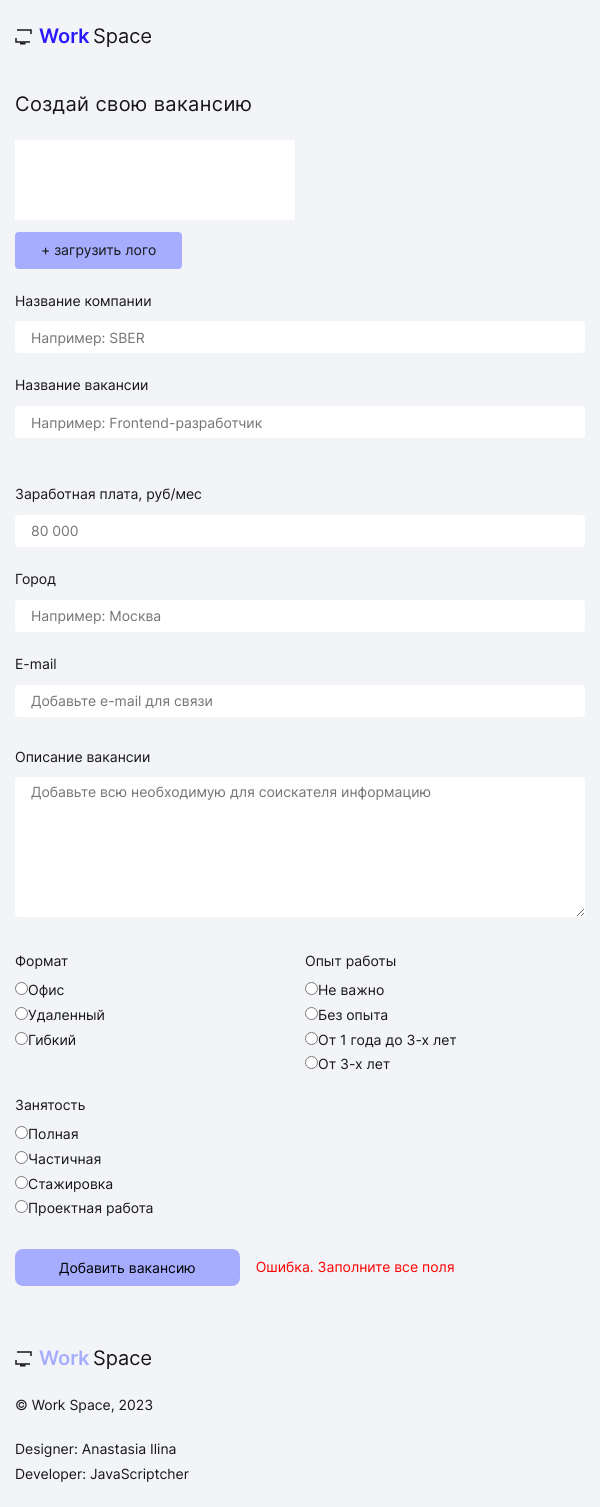
Repository: alexboagreek/workspace_js
Page: employer.html
The author's editor kept a copy of each file at every save. The page is drawn from the files as they stood at one save, then again after the next save.
The browser window is 600 px wide. The pictures show the whole page.

Above is the page before, as saved 2023-09-13 16:50:35.
Console error: TypeError: Cannot read properties of null (reading 'addEventListener')

### employer.html
<!DOCTYPE html>
<html lang="ru">
  <head>
    <meta charset="UTF-8" />
    <meta name="viewport" content="width=device-width, initial-scale=1.0" />
    <title>Workspace - добавить вакансию</title>

    <link rel="stylesheet" href="index.css" />

    <script src="js/choices.min.js" defer></script>
    <script src="js/script.js" defer></script>
  </head>

  <body>
    <header class="header">
      <div class="container header__container">
        <a href="index.html">
          <img
            class="header__logo"
            src="img/logo.svg"
            alt="Логитип WorkSpace"
          />
        </a>

        <a class="header__link" href="index.html#vacancies"
          >Посмотреть вакансии</a
        >
      </div>
    </header>

    <main>
      <section class="employer">
        <div class="container">
          <h1 class="employer__title">Создай свою вакансию</h1>

          <form class="employer__form">
            <div class="employer__file file">
              <div class="file__wrap-preview">
                <img src="#" alt="" class="file__preview" />
              </div>

              <div class="file__wrap-btn">
                <label for="logo" class="file__label"> + загрузить лого </label>
                <input
                  name="logo"
                  type="file"
                  class="file__input"
                  id="logo"
                  accept="image/png, image/jpeg"
                  required
                />
              </div>
            </div>

            <fieldset class="employer__fieldset-input">
              <div class="employer__wrap-input">
                <label class="employer__label" for="company"
                  >Название компании
                </label>

                <input
                  type="text"
                  class="employer__input"
                  id="company"
                  name="company"
                  placeholder="Например: SBER"
                />
              </div>

              <fieldset class="employer__fieldset">
                <div class="employer__wrap-input">
                  <label class="employer__label" for="title"
                    >Название вакансии</label
                  >

                  <input
                    type="text"
                    class="employer__input"
                    id="title"
                    name="title"
                    placeholder="Например: Frontend-разработчик"
                  />
                </div>
              </fieldset>

              <fieldset class="employer__fildset">
                <div class="employer__wrap-input">
                  <label class="employer__label" for="salary"
                    >Заработная плата, руб/мес</label
                  >

                  <input
                    type="number"
                    class="employer__input"
                    id="salary"
                    name="salary"
                    placeholder="80 000"
                  />
                </div>
              </fieldset>

              <fieldset class="employer__fildset">
                <div class="employer__wrap-input">
                  <label class="employer__label" for="location">Город</label>

                  <input
                    type="text"
                    class="employer__input"
                    id="location"
                    name="location"
                    placeholder="Например: Москва"
                  />
                </div>
              </fieldset>

              <fieldset class="employer__fildset">
                <div class="employer__wrap-input">
                  <label class="employer__label" for="email">E-mail</label>

                  <input
                    type="email"
                    class="employer__input"
                    id="email"
                    name="email"
                    placeholder="Добавьте e-mail для связи"
                  />
                </div>
              </fieldset>
            </fieldset>



            <fieldset class="employer__fieldset-textarea">
              <label class="employer__label" for="description"
                >Описание вакансии</label
              >

              <textarea
                class="employer__textarea"
                name="description"
                id="description"
                placeholder="Добавьте всю необходимую для соискателя информацию"
              ></textarea>
            </fieldset>

            <div class="employer__radio-buttons">
              <fieldset class="employer__fieldset-radio">
                <legend class="employer__legend">Формат</legend>

                <label class="employer__label-radio radio">
                  <input
                    type="radio"
                    class="radio__input"
                    name="format"
                    value="Офис"
                  />Офис
                </label>

                <label class="employer__label-radio radio">
                  <input
                    type="radio"
                    class="radio__input"
                    name="format"
                    value="Удаленный"
                  />Удаленный
                </label>

                <label class="employer__label-radio radio">
                  <input
                    type="radio"
                    class="radio__input"
                    name="format"
                    value="Гибкий"
                  />Гибкий
                </label>
              </fieldset>

              <fieldset class="employer__fieldset-radio">
                <legend class="employer__legend">Опыт работы</legend>

                <label class="employer__label-radio radio">
                  <input
                    type="radio"
                    class="radio__input"
                    name="experience"
                    value="Не важно"
                  />Не важно
                </label>

                <label class="employer__label-radio radio">
                  <input
                    type="radio"
                    class="radio__input"
                    name="experience"
                    value="Без опыта"
                  />Без опыта
                </label>

                <label class="employer__label-radio radio">
                  <input
                    type="radio"
                    class="radio__input"
                    name="experience"
                    value="От 1 года до 3-х лет"
                  />От 1 года до 3-х лет
                </label>

                <label class="employer__label-radio radio">
                  <input
                    type="radio"
                    class="radio__input"
                    name="experience"
                    value="От 3-х лет"
                  />От 3-х лет
                </label>
              </fieldset>

              <fieldset class="employer__fieldset-radio">
                <legend class="employer__legend">Занятость</legend>

                <label class="employer__label-radio radio">
                  <input
                    type="radio"
                    class="radio__input"
                    name="type"
                    value="Полная"
                  />Полная
                </label>

                <label class="employer__label-radio radio">
                  <input
                    type="radio"
                    class="radio__input"
                    name="type"
                    value="Частичная"
                  />Частичная
                </label>

                <label class="employer__label-radio radio">
                  <input
                    type="radio"
                    class="radio__input"
                    name="type"
                    value="Стажировка"
                  />Стажировка
                </label>

                <label class="employer__label-radio radio">
                  <input
                    type="radio"
                    class="radio__input"
                    name="type"
                    value="Проектная работа"
                  />Проектная работа
                </label>
              </fieldset>
            </div>

            <div class="employer__wrap-submit">
              <button class="employer__submit" type="submit">
                Добавить вакансию
              </button>
              <div class="employer__error">Ошибка. Заполните все поля</div>
            </div>
          </form>
        </div>
      </section>
    </main>

    <footer class="footer">
      <div class="container footer__container">
        <img
          class="footer__logo"
          src="img/logo-footer.svg"
          alt="Логотип WorkSpace"
        />

        <p class="footer__copyright">© Work Space, 2023</p>

        <ul class="footer__contacts">
          <li class="footer__contact">
            Designer:
            <a class="footer__link" href="#">Anastasia Ilina</a>
          </li>
          <li class="footer__contact">
            Developer:
            <a class="footer__link" href="#">JavaScriptcher</a>
          </li>
        </ul>
      </div>
    </footer>
  </body>
</html>

### index.css
@import "style/normalize.css";
@import "style/choices.min.css";
@import "style/style.css";
@import "style/header.css";
@import "style/hero.css";
@import "style/vacancies.css";
@import "style/filter.css";
@import "style/choices.css";
@import "style/checkbox.css";
@import "style/cards.css";
@import "style/vacancy.css";
@import "style/footer.css";
@import "style/modal.css";
@import "style/detail.css";
@import "style/employer.css";
@import "style/file.css";
@import "style/radio.css";

### style/style.css
@font-face {
  font-family: Inter;
  font-weight: 400;
  src: url("../fonts/inter-regular.woff2") format("woff2"),
    url("../fonts/inter-regular.woff") format("woff");
}

html {
  scroll-behavior: smooth;
  position: relative;
  box-sizing: border-box;
}

*,
*:before,
*:after {
  box-sizing: inherit;
}

body {
  min-width: 320px;
  min-height: 100vh;
  font-family: Inter, sans-serif;
  font-size: 14px;
  color: #171717;
  background-color: #f3f4f8;
  line-height: 1.2;
}

img,
svg {
  max-width: 100%;
  max-height: 100%;
  height: auto;
}

button {
  padding: 0;
  border: 0;
  cursor: pointer;
  background-color: transparent;
}

a {
  text-decoration: none;
  color: inherit;
}

ul {
  padding: 0;
  margin: 0;
  list-style: none;
}

h1,
h2,
h3,
p {
  margin: 0;
}

fieldset {
  padding: 0;
  margin: 0;
  border: 0;
}

.visually-hidden {
  position: fixed;
  transform: scale(0);
}

.container {
  --width: 1180px;
  --padding: 30px;
  max-width: calc(var(--width) + var(--padding) * 2);
  margin: 0 auto;
  padding: 0 var(--padding);
}

.blue-text {
  color: #2a18ff;
}

@media (max-width: 1140px) {
  .container {
    --width: 880px;
  }
}

@media (max-width: 940px) {
  .container {
    --width: 680px;
  }
}

@media (max-width: 640px) {
  .container {
    --padding: 15px;
  }
}

### style/header.css
.header {
  padding: 40px 0;
}

.header__container {
  display: flex;
  align-items: center;
  justify-content: space-between;
}

.header__links {
  display: flex;
  gap: 8px;
  flex-wrap: wrap;
}

.header__link {
  padding: 12px 32px;
  border-radius: 8px;
  background-color: #a6adff;
  font-size: 20px;
  border: 2px solid transparent;
  transition-property: color, background-color;
  transition-duration: 0.2s;
  transition-timing-function: ease-in-out;
}

.header__link_o {
  background-color: transparent;
  border: 2px solid #A6ADFF;
}

.header__link:focus-visible {
  border-color: #4f58be;
}

.header__link:hover {
  color: #fff;
  background-color: #2a18ff;
}


@media (max-width: 1140px) {
  .header {
    padding: 32px 0 40px;
  }
}

@media (max-width: 940px) {
  .header {
    padding: 24px 0 30px;
  }

  .header__link {
    padding: 8px 23px;
    font-size: 14px;
  }
}

@media (max-width: 640px) {
  .header {
    padding: 24px 0 20px;
  }

  .header__link {
    display: none;
  }
}

### style/hero.css
.hero {
  padding: 60px 0 50px;
}

.hero__container {
  position: relative;
  padding-top: 57px;
  padding-bottom: 57px;
}

.hero__container:after {
  content: "";
  position: absolute;
  right: -9px;
  top: 0;
  bottom: 0;
  width: 421px;
  background: url("../img/laptop.png") no-repeat center/contain;
}

.hero__title {
  position: relative;
  z-index: 2;
  max-width: 780px;
  font-size: 90px;
  letter-spacing: 1.8px;
  text-transform: uppercase;
}

@media (max-width: 1140px) {
  .hero {
    padding: 40px 0;
  }

  .hero__container {
    padding-top: 53px;
    padding-bottom: 53px;
  }

  .hero__container:after {
    width: 340px;
  }

  .hero__title {
    max-width: 580px;
    font-size: 64px;
    letter-spacing: 1.28px;
  }
}

@media (max-width: 940px) {
  .hero {
    padding: 30px 0;
  }

  .hero__container {
    padding-top: 40px;
    padding-bottom: 40px;
  }

  .hero__container:after {
    width: 269px;
  }

  .hero__title {
    max-width: 450px;
    font-size: 52px;
    letter-spacing: 1.04px;
  }
}

@media (max-width: 640px) {
  .hero {
    padding-top: 20px;
    padding-bottom: 10px;
  }

  .hero__container {
    padding-top: 0;
    padding-bottom: 234px;
  }

  .hero__title {
    max-width: 290px;
    text-align: center;
    margin: 0 auto;
    font-size: 32px;
  }

  .hero__container:after {
    right: auto;
    top: auto;
    height: 269px;
    left: 50%;
    transform: translateX(-50%);
    background-position: bottom;
  }
}

### style/vacancies.css
.vacancies {
  padding: 50px 0;
}

.vacancies__container {
  display: flex;
  align-items: start;
  gap: 24px 20px;
}

.vacancies__filter-btn {
  display: none;
}

.vacancies__filter {
  flex: 0 0 280px;
}

.vacancies__cards {
  flex-basis: 100%;
}

@media (max-width: 1140px) {
  .vacancies {
    padding: 40px 0;
  }
}

@media (max-width: 940px) {
  .vacancies {
    padding: 30px 0;
  }

  .vacancies__container {
    flex-direction: column;
    row-gap: 0;
  }

  .vacancies__filter-btn {
    display: flex;
    align-items: center;
    margin-bottom: 24px;
    transition-property: margin-bottom, color;
    transition-duration: 0.2s, 0.3s;
    transition-timing-function: ease-in-out;
    transition-delay: 0.2s, 0s;
    color: #2a18ff;
    line-height: 20px;
  }

  .vacancies__filter-btn:hover:not(:focus) {
    color: #a6adff;
  }

  .vacancies__filter-btn-arrow {
    position: relative;
    top: -2px;
    display: block;
    width: 20px;
    height: 20px;
  }

  .vacancies__filter-btn_active {
    margin-bottom: 32px;
    transition-delay: 0s;
  }

  .vacancies__filter-btn_active .vacancies__filter-btn-arrow {
    transform: rotate(180deg);
    top: 2px;
  }

  .vacancies__filter {
    width: 100%;
    flex-basis: auto;
    height: 0;
    overflow: hidden;
    transition: height 0.4s ease-in-out;
  }

  .vacancies__filter_active {
    height: auto;
    margin-bottom: 40px;
  }

  .vacancies__cards {
    width: 100%;
  }
}

@media (max-width: 640px) {
  .vacancies__filter-btn_active {
    margin-bottom: 24px;
  }
}

### style/filter.css
.filter {
  position: relative;
}

.filter__reset {
  position: absolute;
  top: 7px;
  right: 0;
  color: #ccc;
}

.filter__title {
  font-size: 20px;
  font-weight: 400;
  margin-bottom: 32px;
}

.filter__form {
  display: flex;
  flex-direction: column;
  gap: 32px;
}

.filter__fieldset {
  display: flex;
  flex-direction: column;
  align-items: start;
}

.filter__legend {
  margin-bottom: 12px;
}

.filter__select {
  width: 100%;
}

.filter__range {
  display: flex;
  align-items: center;
  justify-content: space-between;
  gap: 10px;
}

.filter__label:not(:last-child) {
  margin-bottom: 8px;
}

.filter__input {
  flex: 1 1 50%;
  width: 100%;
  padding: 0 16px;
  height: 32px;
  border: 0;
}

.filter__input::placeholder {
  color: #ccc;
}

.filter__checkboxes {
  display: flex;
  flex-direction: column;
  gap: 32px;
}

.filter__button {
  padding: 8px 24px;
  border-radius: 4px;
  background-color: #a6adff;
  border: 2px solid transparent;
  transition-property: color, background-color;
  transition-duration: 0.2s;
  transition-timing-function: ease-in-out;
}

.filter__button:focus-visible {
  border-color: #4f58be;
}

.filter__button:hover {
  color: #fff;
  background-color: #2a18ff;
}

@media (max-width: 940px) {
  .filter__title {
    position: fixed;
    transform: scale(0);
  }

  .filter__input {
    max-width: 140px;
  }

  .filter__checkboxes {
    display: grid;
    grid-template-columns: repeat(auto-fit, minmax(180px, 1fr));
    gap: 24px 70px;
  }

  .filter__buttons {
    display: flex;
    gap: 16px;
    align-items: center;
  }

  .filter__reset {
    position: static;
  }
}

### style/choices.css
.choices {
  width: 100%;
}

.choices__inner {
  background-color: #fff;
  padding: 6px 16px;
  min-height: 32px;
  border: 0;
}

.choices__list--single {
  padding: 0;
}

.choices[data-type*="select-one"]::after {
  width: 20px;
  height: 20px;
  background: url("../img/arrow.svg") no-repeat center/contain;
  border: 0;
  top: 6px;
  right: 16px;
  margin-top: 0;
}

.choices[data-type*="select-one"].is-open::after {
  transform: rotate(180deg);
  margin-top: 0;
}

### style/checkbox.css
.checkbox {
  position: relative;
  display: block;
  line-height: 20px;
  padding-left: 28px;
}

.checkbox__input {
  -webkit-appearance: none;
  -moz-appearance: none;
  appearance: none;
  position: absolute;
  width: 20px;
  height: 20px;
  left: 0;
  top: 0;
  bottom: 0;
  background-color: #fff;
  border-radius: 4px;
}

.checkbox__input:after {
  content: "";
  position: absolute;
  inset: 0;
  display: block;
  background: url("../img/check.svg") no-repeat center;
  opacity: 0;
  transition: opacity 0.2s ease-in-out;
}

.checkbox__input:checked:after {
  opacity: 1;
}

.checkbox__input:focus-visible {
  outline: none;
  box-shadow: 0px 2px 10px rgba(0, 0, 0, 0.25);
}

.checkbox__input:hover:not(:disabled) {
  box-shadow: 0px 2px 10px rgba(166, 173, 255, 0.55);
}

.checkbox__input:disabled {
  background-color: #ccc;
}

### style/cards.css
.cards__list {
  display: grid;
  grid-template-columns: repeat(auto-fit, minmax(280px, 1fr));
  gap: 20px;
}

@media (max-width: 940px) {
  .cards__list {
    grid-template-columns: repeat(auto-fit, minmax(220px, 1fr));
    gap: 10px;
  }
}

### style/vacancy.css
.vacancy {
  border-radius: 16px;
  background-color: #fff;
  padding: 16px;
  height: 100%;
  cursor: pointer;
  outline: none;
  border: 2px solid transparent;
}

.vacancy:hover {
  background-color: #f9faff;
}

.vacancy:focus-visible {
  border-color: #a6adff;
}

.vacancy__img {
  max-height: 44px;
  margin-bottom: 12px;
  display: block;
}

.vacancy__company {
  font-size: 20px;
  margin-bottom: 8px;
}

.vacancy__title {
  display: inline-block;
  padding: 3px 5px;
  font-size: 14px;
  font-weight: 400;
  border-radius: 4px;
  background-color: #eaecff;
  margin-bottom: 8px;
}

.vacancy__field {
  color: #ccc;
}

### style/footer.css
.footer {
  padding: 50px 0 40px;
}

.footer__container {
  display: grid;
  gap: 27px;
  grid-template-areas:
    "logo ."
    "copyright contacts";
}

.footer__logo {
  grid-area: logo;
}

.footer__copyright {
  grid-area: copyright;
}

.footer__contacts {
  grid-area: contacts;
  justify-self: end;
  min-width: 180px;
}

.footer__contact {
  margin-bottom: 8px;
}

.footer__contact:last-child {
  margin-bottom: 0;
}

.footer__link:hover {
  color: brown;
}

@media (max-width: 1140px) {
  .footer {
    padding: 40px 0 32px;
  }
}

@media (max-width: 940px) {
  .footer {
    padding: 30px 0 24px;
  }
}

@media (max-width: 640px) {
  .footer {
    padding-top: 20px;
  }

  .footer__container {
    grid-template-areas:
      "logo"
      "copyright"
      "contacts";
  }

  .footer__contacts {
    justify-self: start;
  }
}

### style/modal.css
.modal {
  position: fixed;
  z-index: 10;
  inset: 0;
  background-color: rgba(0, 0, 0, 0.5);
  cursor: pointer;
  padding: 30px;
  overflow-y: auto;
  display: flex;
}

.modal__main {
  position: relative;
  margin: auto;
  cursor: default;
}

.modal__close {
  background-color: transparent;
  border: none;
  cursor: pointer;
  position: absolute;
  top: 12px;
  right: 12px;
  padding: 0;
  line-height: 0;
  outline: 1px solid transparent;
  border-radius: 3px;
}

.modal__close:focus-visible {
  outline-color: gray;
}

@media (max-width: 640px) {
  .modal {
    padding: 30px 15px;
  }
}

### style/detail.css
.detail {
  max-width: 780px;
  border-radius: 16px;
  box-shadow: 0px 10px 50px 0px rgba(4, 0, 49, 0.1);
  background: #fff url("../img/likemen.png") no-repeat bottom right;
  background-size: 150px;
  padding: 36px 36px 80px;
}

.detail__header {
  display: grid;
  grid-template-columns: 101px 1fr;
  gap: 12px 20px;
  margin-bottom: 32px;
}

.detail__logo {
  width: 100%;
  max-height: 101px;
  grid-row: 1 / 3;
  align-self: center;
  justify-self: start;
}

.detail__company {
  font-size: 32px;
  letter-spacing: 0.64px;
  align-self: end;
  justify-self: start;
}

.detail__title {
  font-size: 20px;
  font-weight: 400;
  align-self: start;
  justify-self: start;
  border-radius: 4px;
  background-color: #eaecff;
  padding: 5px 10px;
}

.detail__main {
  display: flex;
  gap: 20px;
  margin-bottom: 32px;
}

.detail__description {
  max-width: 465px;
  line-height: 1.4;
}

.detail__fields {
  display: flex;
  flex-direction: column;
  align-items: start;
  gap: 4px;
}

.detail__field {
  padding: 3px 10px;
  border-radius: 30px;
  background-color: #eaecff;
}

.detail__resume {
  line-height: 1.4;
}

@media (max-width: 940px) {
  .detail {
    max-width: 680px;
    padding: 24px 24px 72px;
  }

  .detail__main {
    gap: 10px;
  }

  .detail__description {
    max-width: 418px;
  }
}

@media (max-width: 640px) {
  .detail {
    padding: 24px 15px;
    background-image: none;
  }

  .detail__header {
    grid-template-columns: 60px 1fr;
    gap: 4px 8px;
    margin-bottom: 24px;
  }

  .detail__company {
    font-size: 20px;
    letter-spacing: 0.4px;
  }

  .detail__title {
    font-size: 12px;
  }

  .detail__main {
    flex-direction: column;
    gap: 24px;
    margin-bottom: 24px;
  }

  .detail__description {
    max-width: 100%;
  }
}

### style/file.css
.file {
  position: relative;
  display: flex;
  flex-direction: column;
  align-items: start;
}

.file__wrap-preview {
  background-color: #fff;
  min-width: 280px;
  height: 80px;
  margin-bottom: 12px;
}

.file__wrap-preview_active {
  min-width: auto;
}

.file__preview {
}

.file__wrap-btn {
  position: relative;
}

.file__label {
  display: inline-block;
  padding: 8px 24px;
  border-radius: 4px;
  background-color: #a6adff;
  cursor: pointer;
  transition: all 0.4s ease-in-out;
  border: 2px solid transparent;
}


.file__label:focus-visible {
  border-color: #4f58be;
}

.file__label:hover {
  color: #fff;
  background-color: #2a18ff;
}

.file__input {
  opacity: 0;
  position: absolute;
  width: 1px;
  height: 1px;
  top: 50%;
  left: 50%;
}

.file__wrap-btn:focus-within .file__label {
  border-color: #4f58be;
}

### style/radio.css
.radio {
}
.radio__input {
}

Loaded but not shown: js/choices.min.js (library); style/normalize.css (library); style/choices.min.css (library); js/script.js (300 lines, source omitted); style/employer.css (179 lines, source omitted)

After the next save:
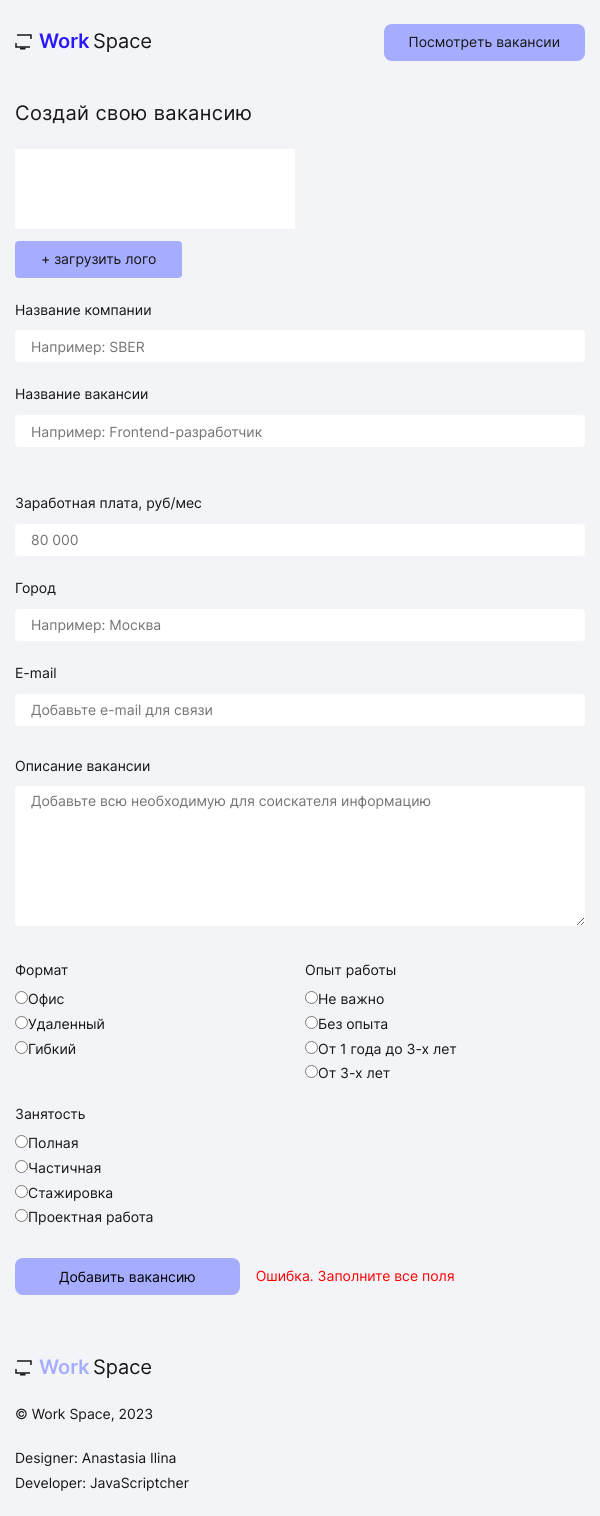
Saved 2 min 18 s later.
--- a/style/header.css
+++ b/style/header.css
@@ -62,7 +62,4 @@
     padding: 24px 0 20px;
   }
 
-  .header__link {
-    display: none;
-  }
 }
